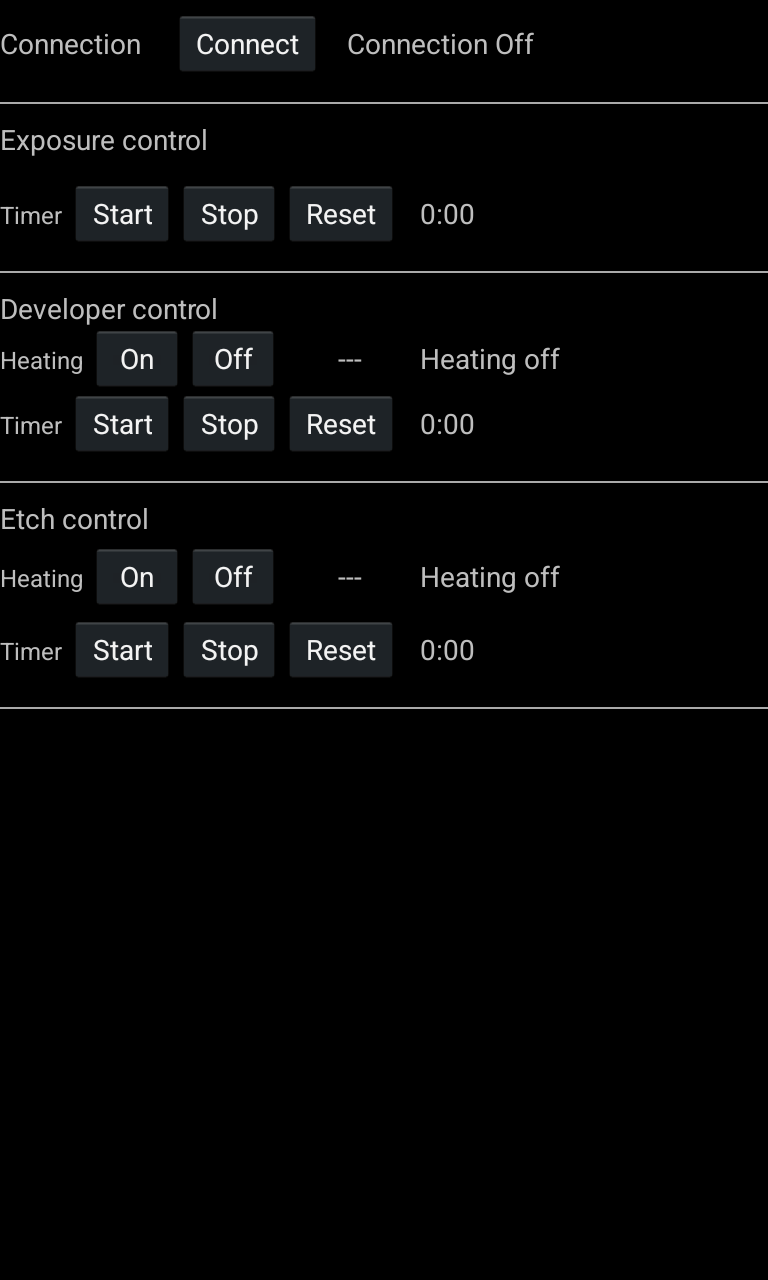
Repository: elbojvv/AndroidIO-apps
Layout: EtchControl/EtchControl/res/layout/activity_main.xml
These files come from the project's save history. The layout is drawn as it stood at one moment and after the next save; the edit follows.
It is drawn on a 768 x 1280 px phone screen (xhdpi) without system bars, with theme android:Theme.Holo; the app's code is not run.

Above is the layout before, as saved 2015-06-25 19:12:39.

### EtchControl/EtchControl/res/layout/activity_main.xml
<?xml version="1.0" encoding="utf-8"?>
<RelativeLayout
	android:id="@+id/view"
	xmlns:android="http://schemas.android.com/apk/res/android"
	android:layout_width="fill_parent"
	android:layout_height="fill_parent">

<!-- BLUETOOTH CONTROL -->

  	<TextView
		android:id="@+id/idBTText"
		android:text="@string/bluetooth"
		android:layout_width="wrap_content"
		android:layout_height="wrap_content"
        android:layout_marginTop="12dp"
        android:textAppearance="?android:attr/textAppearanceSmall" />

  	<Button
        android:id="@+id/idBTConnect"
        style="?android:attr/buttonStyleSmall"
        android:layout_width="wrap_content"
        android:layout_height="wrap_content"
        android:layout_alignBaseline="@+id/idBTText"
        android:layout_alignBottom="@+id/idBTText"
        android:layout_marginLeft="12dp"
        android:layout_toRightOf="@+id/idBTText"
		android:minHeight="0dp"
        android:text="@string/connect" />

  	<TextView
		android:id="@+id/idBTStatus"
		android:text="@string/bluetooth_off"
		android:layout_width="wrap_content"
		android:layout_height="wrap_content"
        android:layout_alignBaseline="@+id/idBTConnect"
        android:layout_alignBottom="@+id/idBTConnect"
        android:layout_marginLeft="12dp"
        android:layout_toRightOf="@+id/idBTConnect"
        android:textAppearance="?android:attr/textAppearanceSmall" />

  <!-- EXPOSURE CONTROL -->


    <View
        android:id="@+id/idSeperator1"
    	android:layout_width="fill_parent"
    	android:layout_height="1dp"
        android:layout_below="@+id/idBTText"
        android:layout_marginTop="20dp"
    	android:background="@android:color/darker_gray"/>

     <TextView
        android:id="@+id/idExpHeader"
        android:layout_width="wrap_content"
        android:layout_height="wrap_content"
        android:layout_alignParentLeft="true"
        android:layout_below="@+id/idSeperator1"
        android:layout_marginTop="8dp"
        android:text="@string/exposure_control"
        android:textAppearance="?android:attr/textAppearanceSmall" />

     <TextView
        android:id="@+id/idExpTimerText"
        android:layout_width="wrap_content"
        android:layout_height="wrap_content"
        android:layout_alignParentLeft="true"
        android:layout_below="@+id/idExpHeader"
        android:layout_marginTop="20dp"
        android:text="@string/timer"
        android:textSize="12sp"
        android:textAppearance="?android:attr/textAppearanceSmall" />

     <Button
        android:id="@+id/idExpTimerStart"
        style="?android:attr/buttonStyleSmall"
        android:layout_width="wrap_content"
        android:layout_height="wrap_content"
		android:minHeight="0dp"
        android:layout_alignBaseline="@+id/idExpTimerText"
        android:layout_alignBottom="@+id/idExpTimerText"
        android:layout_toRightOf="@+id/idExpTimerText"
        android:text="@string/start" />

    <Button
        android:id="@+id/idExpTimerStop"
        style="?android:attr/buttonStyleSmall"
        android:layout_width="wrap_content"
        android:layout_height="wrap_content"
		android:minHeight="0dp"
        android:layout_alignBaseline="@+id/idExpTimerStart"
        android:layout_alignBottom="@+id/idExpTimerStart"
        android:layout_toRightOf="@+id/idExpTimerStart"
        android:text="@string/stop" />

    <Button
        android:id="@+id/idExpTimerReset"
        style="?android:attr/buttonStyleSmall"
        android:layout_width="wrap_content"
        android:layout_height="wrap_content"
		android:minHeight="0dp"
        android:layout_alignBaseline="@+id/idExpTimerStop"
        android:layout_alignBottom="@+id/idExpTimerStop"
        android:layout_toRightOf="@+id/idExpTimerStop"
        android:text="@string/reset" />

    <TextView
        android:id="@+id/idExpTimerStat"
        android:layout_width="wrap_content"
        android:layout_height="wrap_content"
        android:layout_toRightOf="@+id/idExpTimerReset"
        android:layout_alignBottom="@+id/idExpTimerReset"
        android:layout_alignBaseline="@+id/idExpTimerReset"
        android:layout_marginLeft="10dp"
        android:text="@string/exptime"
        android:textAppearance="?android:attr/textAppearanceSmall" />

<!-- DEVELOPER CONTROL -->

  		<View
        android:id="@+id/idSeperator2"
    	android:layout_width="fill_parent"
    	android:layout_height="1dp"
        android:layout_below="@+id/idExpTimerText"
        android:layout_marginTop="20dp"
    	android:background="@android:color/darker_gray"/>

     <TextView
        android:id="@+id/idDevelopHeader"
        android:layout_width="wrap_content"
        android:layout_height="wrap_content"
        android:layout_alignParentLeft="true"
        android:layout_below="@+id/idSeperator2"
        android:layout_marginTop="8dp"
        android:text="@string/developer_control"
        android:textAppearance="?android:attr/textAppearanceSmall" />

     <TextView
        android:id="@+id/idDevelopTempText"
        android:layout_width="wrap_content"
        android:layout_height="wrap_content"
        android:layout_alignParentLeft="true"
        android:layout_below="@+id/idDevelopHeader"
        android:layout_marginTop="8dp"
        android:text="@string/heating"
        android:textSize="12sp"
        android:textAppearance="?android:attr/textAppearanceSmall" />

     <Button
        android:id="@+id/idDevelopTempOn"
        style="?android:attr/buttonStyleSmall"
        android:layout_width="wrap_content"
        android:layout_height="wrap_content"
		android:minHeight="0dp"
        android:layout_alignBaseline="@+id/idDevelopTempText"
        android:layout_alignBottom="@+id/idDevelopTempText"
        android:layout_toRightOf="@+id/idDevelopTempText"
        android:text="@string/buttonon" />

    <Button
        android:id="@+id/idDevelopTempOff"
        style="?android:attr/buttonStyleSmall"
        android:layout_width="wrap_content"
        android:layout_height="wrap_content"
		android:minHeight="0dp"
        android:layout_alignBaseline="@+id/idDevelopTempOn"
        android:layout_alignBottom="@+id/idDevelopTempOn"
        android:layout_toRightOf="@+id/idDevelopTempOn"
        android:text="@string/buttonoff" />

    <TextView
        android:id="@+id/idDevelopTempTemp"
        android:layout_width="wrap_content"
        android:layout_height="wrap_content"
        android:layout_toRightOf="@+id/idDevelopTempOff"
        android:layout_alignBottom="@+id/idDevelopTempOff"
        android:layout_alignBaseline="@+id/idDevelopTempOff"
        android:layout_marginLeft="10dp"
        android:minEms="3"
        android:gravity="center"
        android:text="@string/temp"
        android:textAppearance="?android:attr/textAppearanceSmall" />

    <TextView
        android:id="@+id/idDevelopTempStat"
        android:layout_width="wrap_content"
        android:layout_height="wrap_content"
        android:layout_toRightOf="@+id/idDevelopTempTemp"
        android:layout_alignBottom="@+id/idDevelopTempTemp"
        android:layout_alignBaseline="@+id/idDevelopTempTemp"
        android:layout_marginLeft="10dp"
        android:text="@string/heating_stat"
        android:textAppearance="?android:attr/textAppearanceSmall" />

    <TextView
        android:id="@+id/idDevelopTimerText"
        android:layout_width="wrap_content"
        android:layout_height="wrap_content"
        android:layout_alignParentLeft="true"
        android:layout_below="@+id/idDevelopTempText"
        android:layout_marginTop="16dp"
        android:text="@string/timer"
        android:textSize="12sp"
        android:textAppearance="?android:attr/textAppearanceSmall" />

     <Button
        android:id="@+id/idDevelopTimerStart"
        style="?android:attr/buttonStyleSmall"
        android:layout_width="wrap_content"
        android:layout_height="wrap_content"
		android:minHeight="0dp"
        android:layout_alignBaseline="@+id/idDevelopTimerText"
        android:layout_alignBottom="@+id/idDevelopTimerText"
        android:layout_toRightOf="@+id/idDevelopTimerText"
        android:text="@string/start" />

    <Button
        android:id="@+id/idDevelopTimerStop"
        style="?android:attr/buttonStyleSmall"
        android:layout_width="wrap_content"
        android:layout_height="wrap_content"
		android:minHeight="0dp"
        android:layout_alignBaseline="@+id/idDevelopTimerStart"
        android:layout_alignBottom="@+id/idDevelopTimerStart"
        android:layout_toRightOf="@+id/idDevelopTimerStart"
        android:text="@string/stop" />

    <Button
        android:id="@+id/idDevelopTimerReset"
        style="?android:attr/buttonStyleSmall"
        android:layout_width="wrap_content"
        android:layout_height="wrap_content"
		android:minHeight="0dp"
        android:layout_alignBaseline="@+id/idDevelopTimerStop"
        android:layout_alignBottom="@+id/idDevelopTimerStop"
        android:layout_toRightOf="@+id/idDevelopTimerStop"
        android:text="@string/reset" />

    <TextView
        android:id="@+id/idDevelopTimerStat"
        android:layout_width="wrap_content"
        android:layout_height="wrap_content"
        android:layout_toRightOf="@+id/idDevelopTimerReset"
        android:layout_alignBottom="@+id/idDevelopTimerReset"
        android:layout_alignBaseline="@+id/idDevelopTimerReset"
        android:layout_marginLeft="10dp"
        android:text="@string/exptime"
        android:textAppearance="?android:attr/textAppearanceSmall" />

<!-- ETCH TIMER CONTROL -->


    <View
        android:id="@+id/idSeperator3"
    	android:layout_width="fill_parent"
    	android:layout_height="1dp"
        android:layout_below="@+id/idDevelopTimerText"
        android:layout_marginTop="20dp"
    	android:background="@android:color/darker_gray"/>

     <TextView
        android:id="@+id/idEtchHeader"
        android:layout_width="wrap_content"
        android:layout_height="wrap_content"
        android:layout_alignParentLeft="true"
        android:layout_below="@+id/idSeperator3"
        android:layout_marginTop="8dp"
        android:text="@string/etch_control"
        android:textAppearance="?android:attr/textAppearanceSmall" />

     <TextView
        android:id="@+id/idEtchTempText"
        android:layout_width="wrap_content"
        android:layout_height="wrap_content"
        android:layout_alignParentLeft="true"
        android:layout_below="@+id/idEtchHeader"
        android:layout_marginTop="12dp"
        android:text="@string/heating"
        android:textSize="12sp"
        android:textAppearance="?android:attr/textAppearanceSmall" />

     <Button
        android:id="@+id/idEtchTempOn"
        style="?android:attr/buttonStyleSmall"
        android:layout_width="wrap_content"
        android:layout_height="wrap_content"
		android:minHeight="0dp"
        android:layout_alignBaseline="@+id/idEtchTempText"
        android:layout_alignBottom="@+id/idEtchTempText"
        android:layout_toRightOf="@+id/idEtchTempText"
        android:text="@string/buttonon" />

    <Button
        android:id="@+id/idEtchTempOff"
        style="?android:attr/buttonStyleSmall"
        android:layout_width="wrap_content"
        android:layout_height="wrap_content"
		android:minHeight="0dp"
        android:layout_alignBaseline="@+id/idEtchTempOn"
        android:layout_alignBottom="@+id/idEtchTempOn"
        android:layout_toRightOf="@+id/idEtchTempOn"
        android:text="@string/buttonoff" />

    <TextView
        android:id="@+id/idEtchTempTemp"
        android:layout_width="wrap_content"
        android:layout_height="wrap_content"
        android:layout_toRightOf="@+id/idEtchTempOff"
        android:layout_alignBottom="@+id/idEtchTempOff"
        android:layout_alignBaseline="@+id/idEtchTempOff"
        android:layout_marginLeft="10dp"
        android:minEms="3"
        android:gravity="center"
        android:text="@string/temp"
        android:textAppearance="?android:attr/textAppearanceSmall" />

    <TextView
        android:id="@+id/idEtchTempStat"
        android:layout_width="wrap_content"
        android:layout_height="wrap_content"
        android:layout_toRightOf="@+id/idEtchTempTemp"
        android:layout_alignBottom="@+id/idEtchTempTemp"
        android:layout_alignBaseline="@+id/idEtchTempTemp"
        android:layout_marginLeft="10dp"
        android:text="@string/heating_stat"
        android:textAppearance="?android:attr/textAppearanceSmall" />

     <TextView
        android:id="@+id/idEtchTimerText"
        android:layout_width="wrap_content"
        android:layout_height="wrap_content"
        android:layout_alignParentLeft="true"
        android:layout_below="@+id/idEtchTempText"
        android:layout_marginTop="20dp"
        android:text="@string/timer"
        android:textSize="12sp"
        android:textAppearance="?android:attr/textAppearanceSmall" />

     <Button
        android:id="@+id/idEtchTimerStart"
        style="?android:attr/buttonStyleSmall"
        android:layout_width="wrap_content"
        android:layout_height="wrap_content"
		android:minHeight="0dp"
        android:layout_alignBaseline="@+id/idEtchTimerText"
        android:layout_alignBottom="@+id/idEtchTimerText"
        android:layout_toRightOf="@+id/idEtchTimerText"
        android:text="@string/start" />

    <Button
        android:id="@+id/idEtchTimerStop"
        style="?android:attr/buttonStyleSmall"
        android:layout_width="wrap_content"
        android:layout_height="wrap_content"
		android:minHeight="0dp"
        android:layout_alignBaseline="@+id/idEtchTimerStart"
        android:layout_alignBottom="@+id/idEtchTimerStart"
        android:layout_toRightOf="@+id/idEtchTimerStart"
        android:text="@string/stop" />

    <Button
        android:id="@+id/idEtchTimerReset"
        style="?android:attr/buttonStyleSmall"
        android:layout_width="wrap_content"
        android:layout_height="wrap_content"
		android:minHeight="0dp"
        android:layout_alignBaseline="@+id/idEtchTimerStop"
        android:layout_alignBottom="@+id/idEtchTimerStop"
        android:layout_toRightOf="@+id/idEtchTimerStop"
        android:text="@string/reset" />

    <TextView
        android:id="@+id/idEtchTimerStat"
        android:layout_width="wrap_content"
        android:layout_height="wrap_content"
        android:layout_toRightOf="@+id/idEtchTimerReset"
        android:layout_alignBottom="@+id/idEtchTimerReset"
        android:layout_alignBaseline="@+id/idEtchTimerReset"
        android:layout_marginLeft="10dp"
        android:text="@string/exptime"
        android:textAppearance="?android:attr/textAppearanceSmall" />




   <!-- DEBUG CONTROL -->

     <View
        android:id="@+id/idSeperator4"
    	android:layout_width="fill_parent"
    	android:layout_height="1dp"
        android:layout_below="@+id/idEtchTimerText"
        android:layout_marginTop="20dp"
    	android:background="@android:color/darker_gray"/>


    <TextView
        android:id="@+id/idDebugtext"
        android:layout_width="wrap_content"
        android:layout_height="wrap_content"
        android:layout_alignParentLeft="true"
        android:layout_below="@+id/idSeperator4"
        android:layout_marginTop="5dp"
        android:text="@string/debugtext"
        android:textAppearance="?android:attr/textAppearanceSmall" />


</RelativeLayout>

### EtchControl/EtchControl/res/values/strings.xml
<?xml version="1.0" encoding="utf-8"?>
<resources>

    <string name="app_name">Etch Control</string>
    <string name="action_settings">Settings</string>
    <string name="title_activity_usersettingactivity">User Setting</string>

    <!-- Strings voor het menu -->
    <string name="menu_settings">Settings</string>
    <string name="menu_exit">Exit</string>

    <!-- Strings voor setting menu -->
    <string name="connection_title">Connection</string>
    <string name="conn_mode_text">Connection to AndroidIO board</string>
    <string name="conn_mode_extra">Choose Bluetooth or WiFi connection. Need restart to activate!</string>
    <string name="bt_address_text">Bluetooth address</string>
    <string name="bt_address_extra">Bluetooth address of AndroidIO board. See Android settings / Bluetooth.</string>
    <string name="wifi_address_text">WiFi address</string>
    <string name="wifi_address_extra">WiFi address of AndroidIO board. See the HDCP your router, or use a port scanner.</string>
    <string name="wifi_port_text">WiFi port</string>
    <string name="wifi_port_extra">WiFi port of AndroidIO board. See the manual of the module.</string>
    <string name="usbhost_port_text">USB board number</string>
    <string name="usbhost_port_extra">Number of USB host board connected. 0 is first, 1 is second, etc.</string>

    <string name="control_exp_settings_title">Exposure Control</string>
    <string name="exp_time_text">Exposure time</string>
    <string name="exp_time_extra">Set exposure time in seconds</string>
    <string name="set_exp_buzz_text">External Buzzer</string>
    <string name="set_exp_buzz_extra">Should the external buzzer buzz when timer is completed?</string>
    <string name="set_exp_beep_text">Android Beep</string>
    <string name="set_exp_beep_extra">Should the Android Device beep when timer is completed?</string>

    <string name="control_dev_settings_title">developer Control</string>
    <string name="dev_time_text">Developer time</string>
    <string name="dev_time_extra">Set developer time in seconds</string>
    <string name="set_dev_buzz_text">External Buzzer</string>
    <string name="set_dev_buzz_extra">Should the external buzzer buzz when timer is completed?</string>
    <string name="set_dev_beep_text">Android Beep</string>
    <string name="set_dev_beep_extra">Should the Android Device beep when timer is completed?</string>
    <string name="dev_ntc_text">Temperature sensor</string>
    <string name="dev_ntc_extra">Indicate whether a temperature sensor is present.</string>
    <string name="dev_temp_text">Temperature</string>
    <string name="dev_temp_extra">Target temperature for developer bath (Celsius).</string>
    <string name="dev_hyst_text">Hysteresis</string>
    <string name="dev_hyst_extra">Hysteresis around the target temperature (Celsius).</string>
    <string name="set_dev_show_temp_ok_text">Show temperature OK</string>
    <string name="set_dev_show_temp_ok_extra">Should the temperature show green/read when the temperature is in the right range?</string>
    <string name="dev_temp_ok_text">Temperature range OK</string>
    <string name="dev_temp_ok_extra">Range around the target temperature for OK (Celsius).</string>
    <string name="dev_beta_text">Beta value</string>
    <string name="dev_beta_extra">Beta value of the NTC. See datasheet of the NTC.</string>

    <string name="control_etch_settings_title">Etch Control</string>
    <string name="etch_time_text">Etch time</string>
    <string name="etch_time_extra">Set etch time in seconds</string>
    <string name="set_etch_buzz_text">External Buzzer</string>
    <string name="set_etch_buzz_extra">Should the external buzzer buzz when timer is completed?</string>
    <string name="set_etch_beep_text">Android Beep</string>
    <string name="set_etch_beep_extra">Should the Android etchice beep when timer is completed?</string>
    <string name="etch_ntc_text">Temperature sensor</string>
    <string name="etch_ntc_extra">Indicate whether a temperature sensor is present.</string>
    <string name="etch_temp_text">Temperature</string>
    <string name="etch_temp_extra">Target temperature for etch bath (Celsius).</string>
    <string name="etch_hyst_text">Hysteresis</string>
    <string name="etch_hyst_extra">Hysteresis around the target temperature (Celsius).</string>
    <string name="set_etch_show_temp_ok_text">Show temperature OK</string>
    <string name="set_etch_show_temp_ok_extra">Should the temperature show green/read when the temperature is in the right range?</string>
    <string name="etch_temp_ok_text">Temperature range OK</string>
    <string name="etch_temp_ok_extra">Range around the target temperature for OK (Celsius).</string>
    <string name="etch_beta_text">Beta value</string>
    <string name="etch_beta_extra">Beta value of the NTC. See datasheet of the NTC.</string>

    <string name="gui_settings_title">GUI settings</string>
    <string name="set_sleep_text">Prohibit screensaver</string>
    <string name="set_sleep_extra">Prohibit screensaver and leave screen on.</string>
    <string name="set_bt_green_text">Connection status green</string>
    <string name="set_bt_green_extra">Color the connection indication green when connected.</string>
    <string name="set_debug_text">Debug</string>
    <string name="set_debug_extra">Show response of the AndroidIO board.</string>

    <!-- STRINGS FOR ETCH CONTROL GUI -->
    <string name="bluetooth">"Connection "</string>
    <string name="connect">Connect</string>
    <string name="bluetooth_off">Connection Off</string>
    <string name="exposure_control">Exposure control</string>
    <string name="timer">"Timer "</string>
    <string name="start">Start</string>
    <string name="stop">Stop</string>
    <string name="reset">Reset</string>
    <string name="exptime">0:00</string>
    <string name="developer_control">Developer control</string>
    <string name="heating">"Heating "</string>
    <string name="buttonon">On</string>
    <string name="buttonoff">Off</string>
    <string name="temp">---</string>
    <string name="heating_stat">Heating off</string>
    <string name="etch_control">Etch control</string>
    <string name="debugtext"> </string>

</resources>

After the next save:
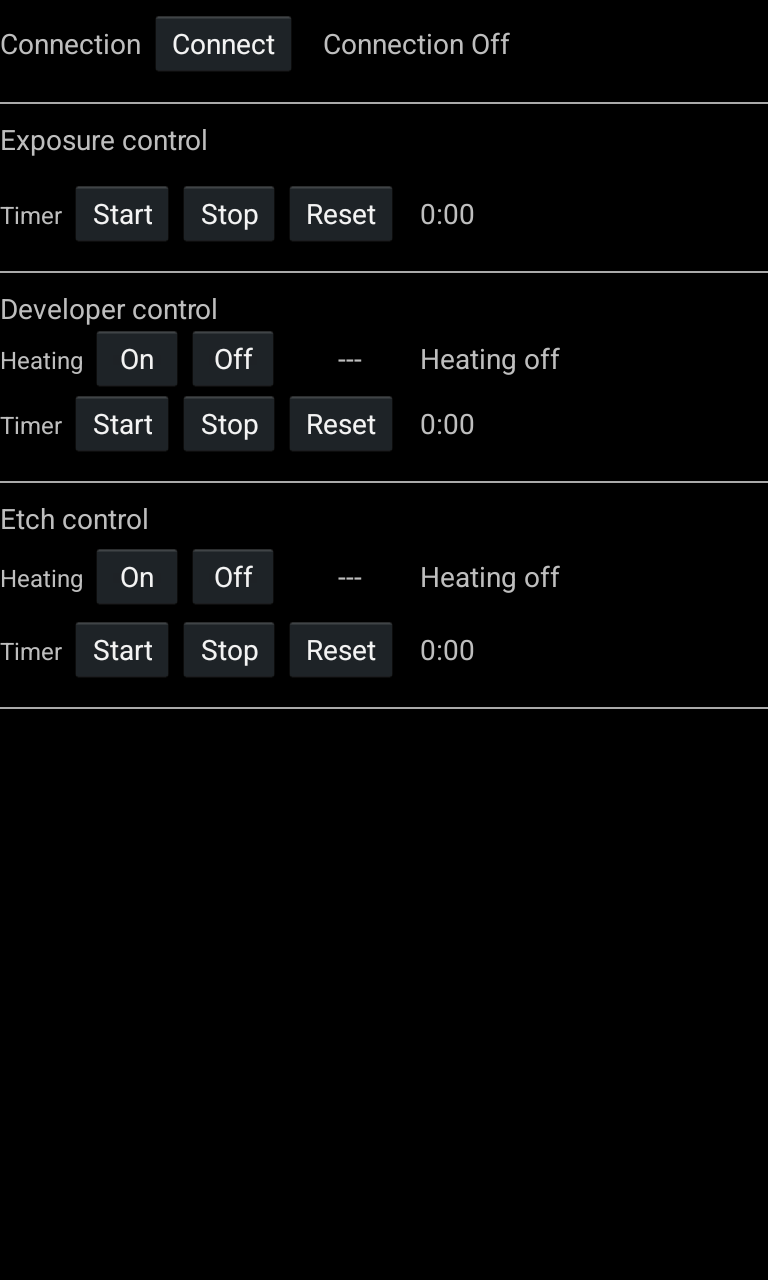
Saved 3 min 54 s later.
--- a/EtchControl/EtchControl/res/layout/activity_main.xml
+++ b/EtchControl/EtchControl/res/layout/activity_main.xml
@@ -20,12 +20,13 @@
         style="?android:attr/buttonStyleSmall"
         android:layout_width="wrap_content"
         android:layout_height="wrap_content"
+		android:minHeight="0dp"
         android:layout_alignBaseline="@+id/idBTText"
         android:layout_alignBottom="@+id/idBTText"
-        android:layout_marginLeft="12dp"
         android:layout_toRightOf="@+id/idBTText"
-		android:minHeight="0dp"
         android:text="@string/connect" />
+
+
 
   	<TextView
 		android:id="@+id/idBTStatus"
